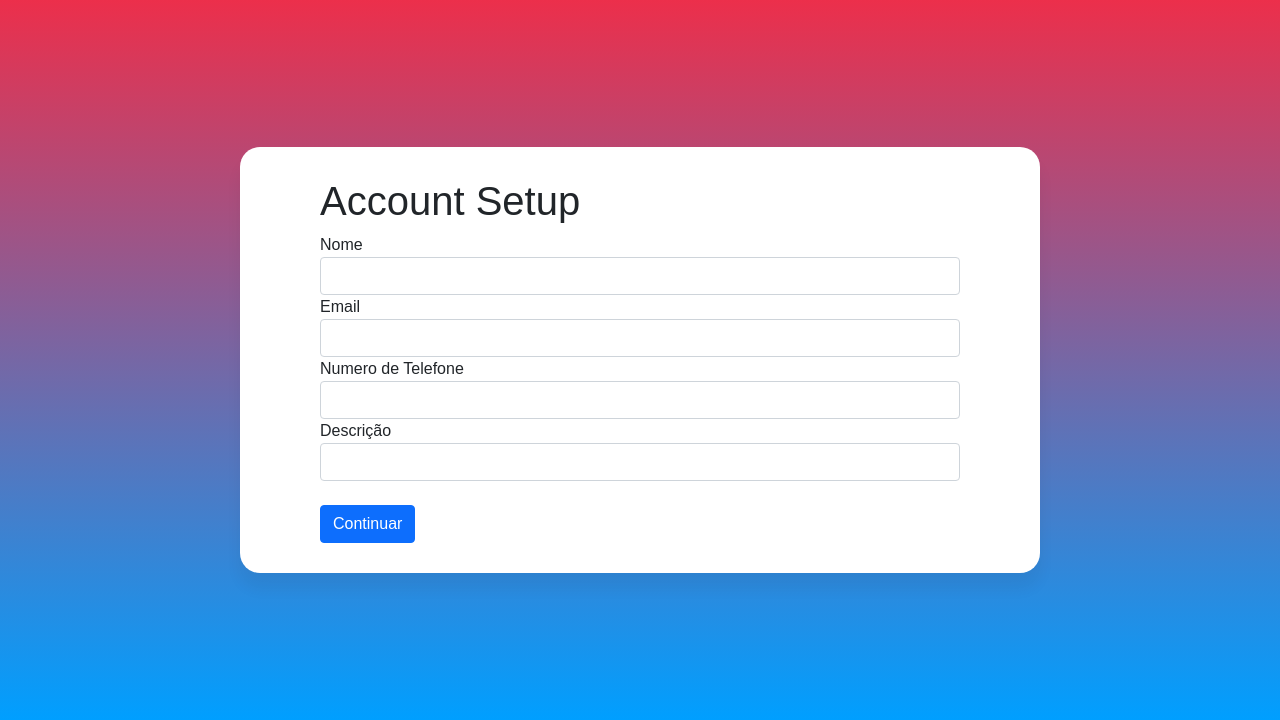
Repository: DeanLemosXD/ReactJS-3steps-form
Page: /
The author's editor kept a copy of each file at every save. The page is drawn from the files as they stood at one save, then again after a run of saves.
The browser window is 1280 px wide. The pictures show the whole page.
The project was rebuilt for these pictures with package versions that can differ from the ones it lists, and the page was loaded fresh each time. Imported but missing from the stored project, and not drawn on this page: src/components/Confirm, src/components/OtherData.

Above is the page before, as saved 2021-10-26 17:04:24.

### src/App.js
import React from 'react';
import './App.css';
import Form from './components/Form.js';

function App() {
  return (
    <div className="App">
      <div className="container">
     <Form />
      </div>

    </div>
  );
}

export default App;

### src/App.css
.App {
  display: flex;
  justify-content: center;
  align-items: center;
  flex-direction: column;
  height: 100vh;
  background: #009FFF;  /* fallback for old browsers */
  background: -webkit-linear-gradient(to bottom, #ec2F4B, #009FFF);  /* Chrome 10-25, Safari 5.1-6 */
  background: linear-gradient(to bottom, #ec2F4B, #009FFF); /* W3C, IE 10+/ Edge, Firefox 16+, Chrome 26+, Opera 12+, Safari 7+ */





}

.form-container {
  font-family: sans-serif;
  background: #fff;
  border-radius: 20px;
  padding: 30px 80px;
  max-width: 800px;
  margin: 0 auto;
  box-shadow: 0 15px 16px .17px rgba(0,0,0,0.05);
}

### src/components/Form.js
import React, { Component } from 'react'
import AccountSetup from './AccountSetup';
import OtherData from './OtherData';
import Confirm from './Confirm';

export class form extends Component {
    state = {
        step: 1,
        name: '',
        email: '',
        phone: '',
        description: '',
        workplace: '',
        DOC: '',
        linkedin: '',

    };

    nextStep = () => {
        const { step } = this.state;
        this.setState({step: step + 1});
    };

    prevStep = () => {
        const { step } = this.state;
        this.setState({step: step - 1});
    }

    inputChange = input => e => {
        this.setState({
            [input]: e.target.value
        })
    };

    render() {
        const { step } = this.state;
        const { name, email, phone, description, workplace, DOC, linkedin } = this.state;
        const values = { name, email, phone, description, workplace, DOC, linkedin };

        // eslint-disable-next-line default-case
        switch(step) {
            case 1:
                return (
                    <AccountSetup
                    nextStep={this.nextStep}
                    inputChange={this.inputChange}
                    values={values}
                    />
                );
                case 2:
                    return (
                        <OtherData
                        nextStep={this.nextStep}
                        prevStep={this.prevStep}
                        inputChange={this.inputChange}
                        values={values}
                         />
                    );
                    case 3:
                        return (
                            <Confirm
                            nextStep={this.nextStep}
                            prevStep={this.prevStep}
                            inputChange={this.inputChange}
                            values={values}
                            />
                        );
        }
    }
}

export default form

### src/components/AccountSetup.js
import React, { Component } from 'react'

export class AccountSetup extends Component {
    continue = e => {
        e.preventDefault();
        this.props.nextStep();
    }
    render() {
        const { values, inputChange } = this.props;

        return (
            <div className="form-container">
                <h1>Account Setup</h1>
                <div className="form-group">
                    <label htmlFor="name">Nome</label>
                    <input type="text" className="form-control" name="name" onChange={inputChange('name')} value={values.name} />
                </div>
                <div className="form-group">
                    <label htmlFor="email">Email</label>
                    <input type="text" className="form-control" name="email" onChange={inputChange('email')} value={values.email} />
                </div>
                <div className="form-group">
                    <label htmlFor="phone">Numero de Telefone</label>
                    <input type="text" className="form-control" name="phone" onChange={inputChange('phone')} value={values.phone} />
                </div>
                <div className="form-group">
                    <label htmlFor="description">Descrição</label>
                    <input type="text" className="form-control" name="description" onChange={inputChange('description')} value={values.description} />
                </div>

                <br />

            <div className="text-right">
                <button className="btn btn-primary" onClick={this.continue}>Continuar</button>
            </div>
            </div>
        )
    }
}

export default AccountSetup

Loaded but not shown: public/index.html (common file); src/index.js (common file); src/index.css (common file); src/reportWebVitals.js (common file)

After the next 2 saves:
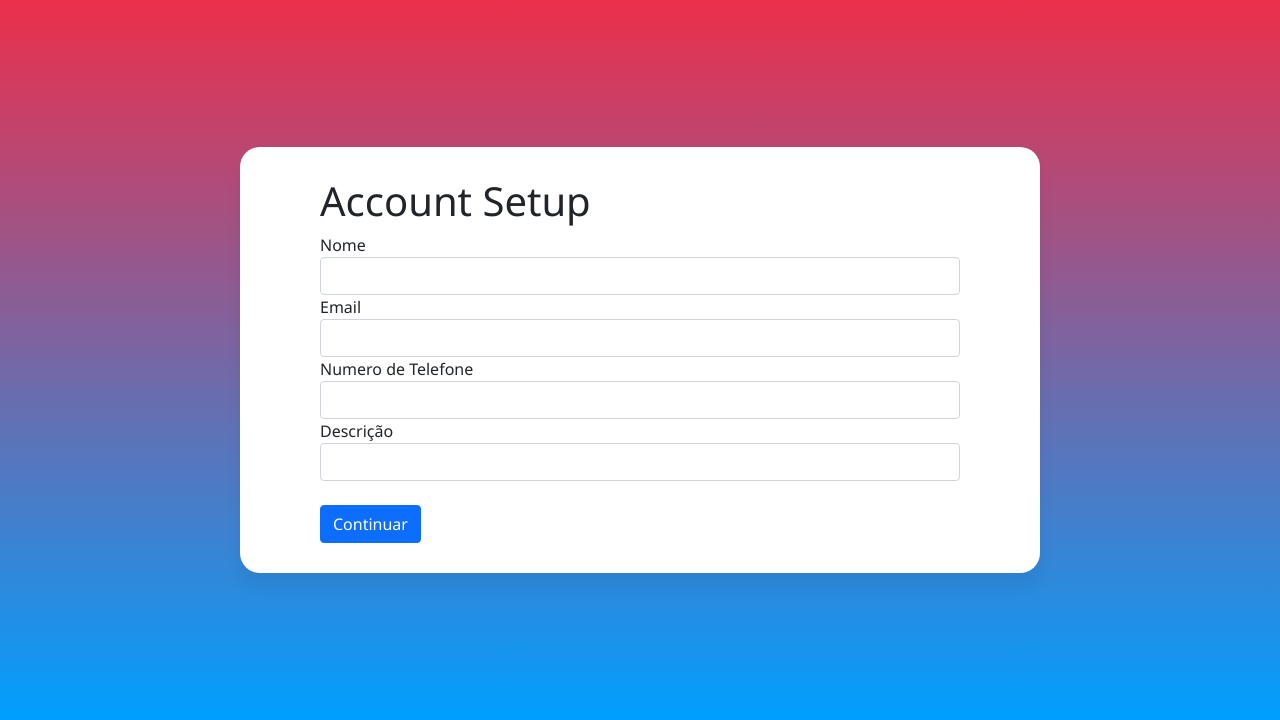
The 2 saves are shown as one change because they came seconds apart.
The last was saved 10 s later.
--- a/src/App.css
+++ b/src/App.css
@@ -15,7 +15,7 @@
 }
 
 .form-container {
-  font-family: sans-serif;
+  font-family:'Segoe UI', Tahoma, Geneva, Verdana, sans-serif;
   background: #fff;
   border-radius: 20px;
   padding: 30px 80px;
